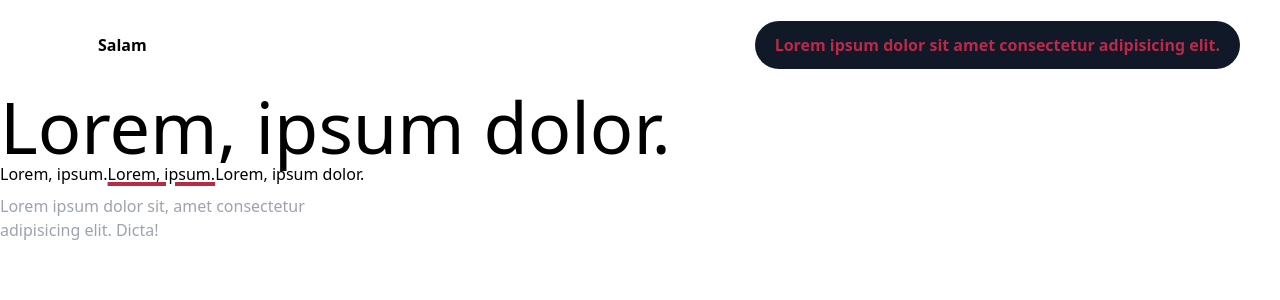
Repository: khaled-m1/Blog-Next.js
Page: /
The author's editor kept a copy of each file at every save. The page is drawn from the files as they stood at one save, then again after a run of saves.
The browser window is 1280 px wide. The pictures show the whole page.
The project was rebuilt for these pictures with package versions that can differ from the ones it lists, and the page was loaded fresh each time. The framework's server and built-in components were replaced by stand-ins that run in the browser. Also part of the build but not shown: next.config.js.

Above is the page before, as saved 2023-01-15 23:48:11.

### app/layout.tsx
import "../styles/globals.css";

export default function RootLayout({
  children,
}: {
  children: React.ReactNode;
}) {
  return (
    <html>
      <body>{children}</body>
    </html>
  );
}

### app/(user)/layout.tsx
import { Bannar } from "../../components/Bannar";
import Header from "../../components/Header";
import "../../styles/globals.css";

export default function RootLayout({
  children,
}: {
  children: React.ReactNode;
}) {
  return (
    <html>
      <body>
        <Header />
        <Bannar />
        {children}
      </body>
    </html>
  );
}

### styles/globals.css
:root {
  --max-width: 1100px;
  --border-radius: 12px;
  --font-mono: ui-monospace, Menlo, Monaco, "Cascadia Mono", "Segoe UI Mono",
    "Roboto Mono", "Oxygen Mono", "Ubuntu Monospace", "Source Code Pro",
    "Fira Mono", "Droid Sans Mono", "Courier New", monospace;

  --foreground-rgb: 0, 0, 0;
  --background-start-rgb: 214, 219, 220;
  --background-end-rgb: 255, 255, 255;

  --primary-glow: conic-gradient(
    from 180deg at 50% 50%,
    #16abff33 0deg,
    #0885ff33 55deg,
    #54d6ff33 120deg,
    #0071ff33 160deg,
    transparent 360deg
  );
  --secondary-glow: radial-gradient(
    rgba(255, 255, 255, 1),
    rgba(255, 255, 255, 0)
  );

  --tile-start-rgb: 239, 245, 249;
  --tile-end-rgb: 228, 232, 233;
  --tile-border: conic-gradient(
    #00000080,
    #00000040,
    #00000030,
    #00000020,
    #00000010,
    #00000010,
    #00000080
  );

  --callout-rgb: 238, 240, 241;
  --callout-border-rgb: 172, 175, 176;
  --card-rgb: 180, 185, 188;
  --card-border-rgb: 131, 134, 135;
}

@media (prefers-color-scheme: dark) {
  :root {
    --foreground-rgb: 255, 255, 255;
    --background-start-rgb: 0, 0, 0;
    --background-end-rgb: 0, 0, 0;

    --primary-glow: radial-gradient(rgba(1, 65, 255, 0.4), rgba(1, 65, 255, 0));
    --secondary-glow: linear-gradient(
      to bottom right,
      rgba(1, 65, 255, 0),
      rgba(1, 65, 255, 0),
      rgba(1, 65, 255, 0.3)
    );

    --tile-start-rgb: 2, 13, 46;
    --tile-end-rgb: 2, 5, 19;
    --tile-border: conic-gradient(
      #ffffff80,
      #ffffff40,
      #ffffff30,
      #ffffff20,
      #ffffff10,
      #ffffff10,
      #ffffff80
    );

    --callout-rgb: 20, 20, 20;
    --callout-border-rgb: 108, 108, 108;
    --card-rgb: 100, 100, 100;
    --card-border-rgb: 200, 200, 200;
  }
}
* {
  box-sizing: border-box;
  padding: 0;
  margin: 0;
}

html,
body {
  max-width: 100vw;
  overflow-x: hidden;
}

/* body {
  color: rgb(var(--foreground-rgb));
  background: linear-gradient(
      to bottom,
      transparent,
      rgb(var(--background-end-rgb))
    )
    rgb(var(--background-start-rgb));
} */

a {
  color: inherit;
  text-decoration: none;
}

@media (prefers-color-scheme: dark) {
  html {
    color-scheme: dark;
  }
}

@tailwind base;
@tailwind components;
@tailwind utilities;

### components/Bannar.tsx
import React from "react";

export const Bannar = () => {
  return (
    <div className="flex flex-col lg:flex">
      <div>
        <h1 className="text-7xl">Lorem, ipsum dolor.</h1>
        <h2 className="mt-5 md:mt-0">
          Lorem, ipsum.
          <span className="underline decoration-4 decoration-[#BA2948]">
            Lorem, ipsum.
          </span>
          Lorem, ipsum dolor.
        </h2>
      </div>
      <p className="mt-5 md:mt-2 text-gray-400 max-w-sm">
        Lorem ipsum dolor sit, amet consectetur adipisicing elit. Dicta!
      </p>
    </div>
  );
};

### components/Header.tsx
import Image from "next/image";
import Link from "next/link";
import Logo from "../img/LOGO2.png";
import {
  BoltIcon,
  DevicePhoneMobileIcon,
  GlobeAltIcon,
  ScaleIcon,
} from "@heroicons/react/24/outline";
const Header = () => {
  const features = [
    {
      name: "Competitive exchange rates",
      description:
        "Lorem ipsum, dolor sit amet consectetur adipisicing elit. Maiores impedit perferendis suscipit eaque, iste dolor cupiditate blanditiis ratione.",
      icon: GlobeAltIcon,
    },
    {
      name: "No hidden fees",
      description:
        "Lorem ipsum, dolor sit amet consectetur adipisicing elit. Maiores impedit perferendis suscipit eaque, iste dolor cupiditate blanditiis ratione.",
      icon: ScaleIcon,
    },
    {
      name: "Transfers are instant",
      description:
        "Lorem ipsum, dolor sit amet consectetur adipisicing elit. Maiores impedit perferendis suscipit eaque, iste dolor cupiditate blanditiis ratione.",
      icon: BoltIcon,
    },
    {
      name: "Mobile notifications",
      description:
        "Lorem ipsum, dolor sit amet consectetur adipisicing elit. Maiores impedit perferendis suscipit eaque, iste dolor cupiditate blanditiis ratione.",
      icon: DevicePhoneMobileIcon,
    },
  ];
  return (
    <div className="flex items-center justify-between space-x-2 font-bold px-10 py-5">
      <div className="flex items-center space-x-2">
        <Link href="/">
          <Image
            className="rounded-full"
            src={Logo}
            width={50}
            height={50}
            alt="logo"
          />
        </Link>
        <h1>Salam</h1>
      </div>
      {/* 2 */}
      <div>
      <Link href="/" className="px-5 py-3 text-sm md:text-base bg-gray-900 text-[#BA2948] flex items-center rounded-full text-center">
          Lorem ipsum dolor sit amet consectetur adipisicing elit.
        </Link>
      </div>
    </div>
  );
};

export default Header;

Loaded but not shown: app/(user)/page.tsx (common file); tailwind.config.js (common file)

After the next 4 saves:
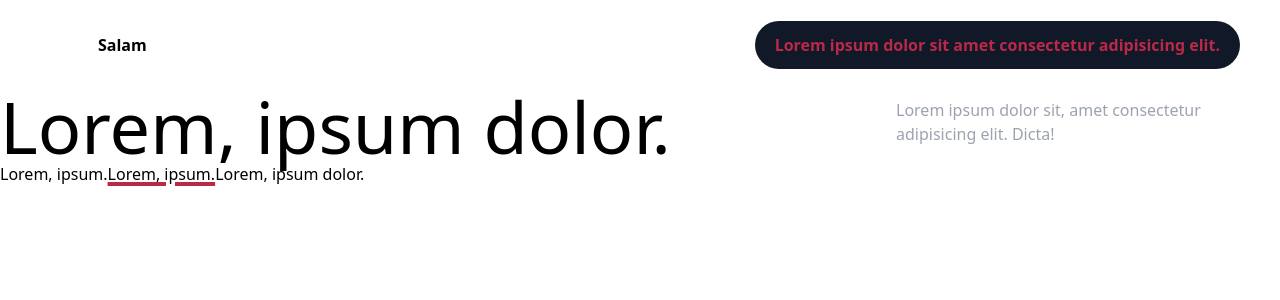
The 4 saves are shown as one change because they came seconds apart.
The last was saved 15 s later.
--- a/components/Bannar.tsx
+++ b/components/Bannar.tsx
@@ -2,7 +2,7 @@ import React from "react";
 
 export const Bannar = () => {
   return (
-    <div className="flex flex-col lg:flex">
+    <div className="flex flex-col lg:flex-row lg:space-x-5 justify-between fon">
       <div>
         <h1 className="text-7xl">Lorem, ipsum dolor.</h1>
         <h2 className="mt-5 md:mt-0">
